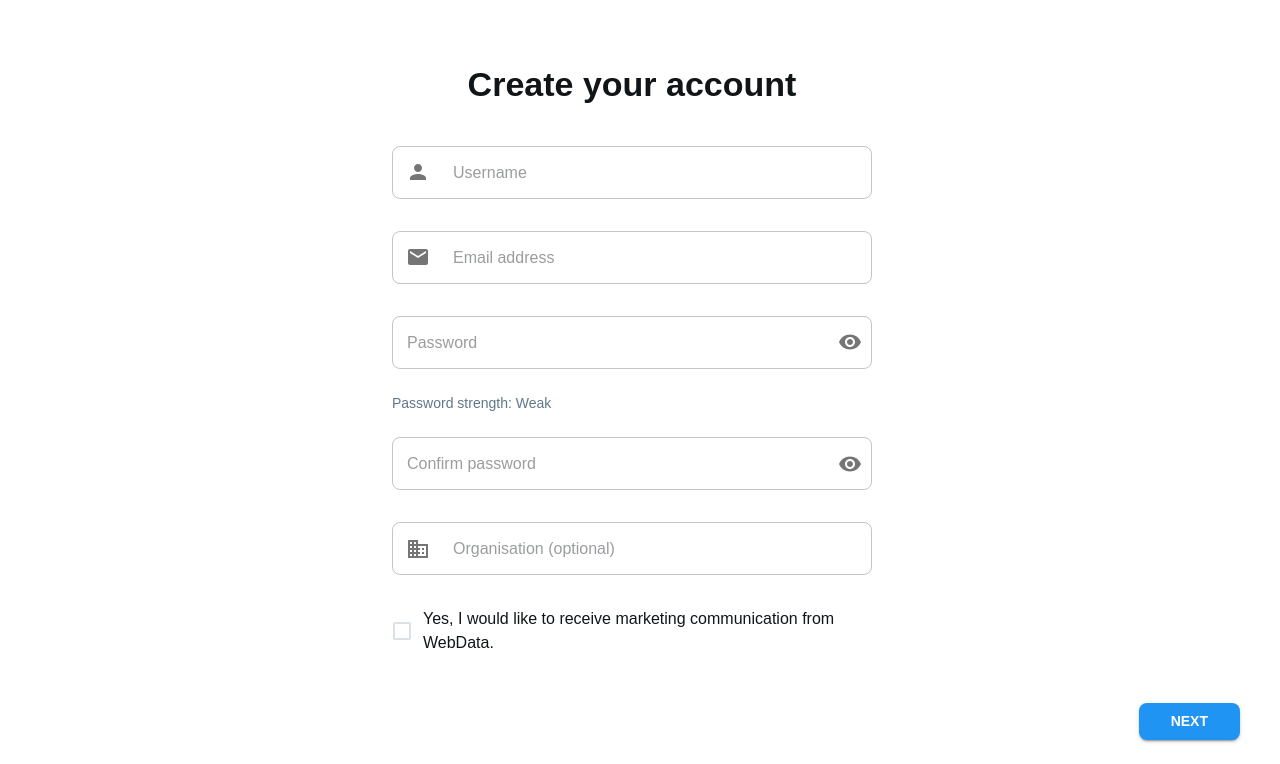
Repository: Pascal-Ahmadu/Tender-download-system
Page: /register (app in frontend/)
An editor plug-in stored every save of this project. The page is shown before and after the next save, followed by the edit.
The browser window is 1280 px wide. The pictures show the whole page.
The page's requests for data from a server got no answer. Some web fonts or font styles are not loaded; a fallback is used. The project was rebuilt for these pictures with package versions that can differ from the ones it lists, and the page was loaded fresh each time. No one was signed in, and anything a server would have sent is missing. Also part of the build but not shown: frontend/vite.config.js, frontend/src/components/pages/LoginPage.jsx.

Above is the page before, as saved 2024-07-31 07:25:34.

### frontend/index.html
<!DOCTYPE html>
<html lang="en">
  <head>
    <meta charset="UTF-8" />
    <link rel="icon" type="image/svg+xml" href="/vite.svg" />
    <link
      href="https://fonts.googleapis.com/css2?family=Bento:wght@400;700&display=swap"
      rel="stylesheet"
    />

    <meta name="viewport" content="width=device-width, initial-scale=1.0" />
    <title>Vite + React</title>
  </head>
  <body>
    <div id="root"></div>
    <script type="module" src="/src/main.jsx"></script>
  </body>
</html>

### frontend/src/main.jsx
import React from "react";
import ReactDOM from "react-dom/client";
import App from "./App.jsx";
import "./index.css";
import { AuthProvider } from "./components/contexts/AuthContext.jsx";

ReactDOM.createRoot(document.getElementById("root")).render(
  <React.StrictMode>
    <AuthProvider>
      <App />
    </AuthProvider>
  </React.StrictMode>
);

### frontend/src/App.jsx
import React from "react";
import { BrowserRouter as Router, Routes, Route } from "react-router-dom";
import LoginPage from "./components/pages/LoginPage";
import RegistrationForm from "./components/pages/RegistrationPage";
import { createTheme, ThemeProvider } from "@mui/material/styles";

// Create a theme instance
const theme = createTheme({
  typography: {
    fontFamily: "Bento, sans-serif",
  },
});

const app = () => {
  return (
    <ThemeProvider theme={theme}>
      <Router>
        <Routes>
          <Route path="/" element={<LoginPage />} />
          <Route path="/register" element={<RegistrationForm />} />
        </Routes>
      </Router>
    </ThemeProvider>
  );
};

export default app;

### frontend/src/index.css
:root {
  font-family: "Bento", sans-serif;

  line-height: 1.5;
  font-weight: 400;

  color-scheme: white;
  color: rgba(255, 255, 255, 0.87);
  background-color: white;

  font-synthesis: none;
  text-rendering: optimizeLegibility;
  -webkit-font-smoothing: antialiased;
  -moz-osx-font-smoothing: grayscale;
}

body {
  font-family: "Merriweather", serif;
}

a {
  font-weight: 500;
  color: #646cff;
  text-decoration: inherit;
}
a:hover {
  color: #535bf2;
}

h1 {
  font-size: 3.2em;
  line-height: 1.1;
}

button {
  border-radius: 8px;
  border: 1px solid transparent;
  padding: 0.6em 1.2em;
  font-size: 1em;
  font-weight: 500;
  font-family: inherit;
  background-color: #1a1a1a;
  cursor: pointer;
  transition: border-color 0.25s;
}
button:hover {
  border-color: #646cff;
}
button:focus,
button:focus-visible {
  outline: 4px auto -webkit-focus-ring-color;
}

@media (prefers-color-scheme: light) {
  :root {
    color: #213547;
    background-color: #ffffff;
  }
  a:hover {
    color: #747bff;
  }
  button {
    background-color: #f9f9f9;
  }
}

### frontend/src/components/contexts/AuthContext.jsx
import React, { createContext, useState, useEffect, useContext } from "react";
import axios from "axios";

const API_BASE_URL = "http://localhost:5000";

axios.defaults.baseURL = API_BASE_URL;

const AuthContext = createContext();

const AuthProvider = ({ children }) => {
  const [user, setUser] = useState(null);

  // Fetch user on app load
  useEffect(() => {
    const fetchUser = async () => {
      try {
        const res = await axios.get("/api/auth/current", {
          withCredentials: true,
        });
        setUser(res.data.user);
      } catch (err) {
        console.error(err.response ? err.response.data.msg : err.message);
      }
    };

    fetchUser();
  }, []);

  const register = async (email, password) => {
    try {
      await axios.post(
        "/api/auth/register",
        { email, password },
        { withCredentials: true }
      );
      // Optionally fetch user data if needed
    } catch (err) {
      throw new Error(err.response ? err.response.data.msg : err.message);
    }
  };

  const login = async (email, password) => {
    try {
      await axios.post(
        "/api/auth/login",
        { email, password },
        { withCredentials: true }
      );
      const res = await axios.get("/api/auth/current", {
        withCredentials: true,
      });
      setUser(res.data.user);
    } catch (err) {
      throw new Error(err.response ? err.response.data.msg : err.message);
    }
  };

  const logout = async () => {
    try {
      await axios.post("/api/auth/logout", {}, { withCredentials: true });
      setUser(null);
    } catch (err) {
      console.error(err.response ? err.response.data.msg : err.message);
    }
  };

  return (
    <AuthContext.Provider value={{ user, register, login, logout }}>
      {children}
    </AuthContext.Provider>
  );
};

// Custom hook to use the AuthContext
const useAuth = () => {
  const context = useContext(AuthContext);
  if (context === undefined) {
    throw new Error("useAuth must be used within an AuthProvider");
  }
  return context;
};

export { AuthProvider, useAuth };

### frontend/src/components/pages/RegistrationPage.jsx
import React, { useState } from "react";
import {
  TextField,
  Button,
  Box,
  Typography,
  Checkbox,
  FormControlLabel,
  InputAdornment,
  IconButton,
} from "@mui/material";
import {
  Visibility,
  VisibilityOff,
  Person,
  Email,
  Business,
} from "@mui/icons-material";

function SignupForm() {
  const [showPassword, setShowPassword] = useState(false);
  const [passwordStrength, setPasswordStrength] = useState(0);

  const handleClickShowPassword = () => setShowPassword(!showPassword);

  const handlePasswordChange = (event) => {
    setPasswordStrength(event.target.value.length * 10);
  };

  return (
    <Box
      sx={{
        display: "flex",
        flexDirection: "column",
        minHeight: "100vh",
        backgroundColor: "white",
        overflow: "hidden",
      }}
    >
      <Box
        sx={{
          display: "flex",
          flexDirection: "column",
          flex: 1,
          justifyContent: "center",
          alignItems: "center",
          px: 2,
          py: 4,
        }}
      >
        <Box
          sx={{
            display: "flex",
            flexDirection: "column",
            width: "100%",
            maxWidth: "480px",
            boxSizing: "border-box",
            ml: -2, // Move the form to the left
          }}
        >
          <Typography
            variant="h4"
            sx={{
              fontWeight: "bold",
              textAlign: "center",
              color: "#111518",
              py: 3,
            }}
          >
            Create your account
          </Typography>
          <TextField
            placeholder="Username"
            fullWidth
            margin="normal"
            InputProps={{
              startAdornment: (
                <InputAdornment position="start">
                  <Person />
                </InputAdornment>
              ),
            }}
            sx={{
              "& .MuiOutlinedInput-root": {
                borderRadius: 2,
                borderColor: "#dbe1e6",
              },
              "& .MuiInputBase-input": {
                color: "#111518",
                p: "15px",
                fontSize: "1rem",
              },
              mb: 2,
            }}
          />
          <TextField
            placeholder="Email address"
            fullWidth
            margin="normal"
            InputProps={{
              startAdornment: (
                <InputAdornment position="start">
                  <Email />
                </InputAdornment>
              ),
            }}
            sx={{
              "& .MuiOutlinedInput-root": {
                borderRadius: 2,
                borderColor: "#dbe1e6",
              },
              "& .MuiInputBase-input": {
                color: "#111518",
                p: "15px",
                fontSize: "1rem",
              },
              mb: 2,
            }}
          />
          <TextField
            placeholder="Password"
            fullWidth
            type={showPassword ? "text" : "password"}
            onChange={handlePasswordChange}
            margin="normal"
            InputProps={{
              endAdornment: (
                <InputAdornment position="end">
                  <IconButton onClick={handleClickShowPassword} edge="end">
                    {showPassword ? <VisibilityOff /> : <Visibility />}
                  </IconButton>
                </InputAdornment>
              ),
            }}
            sx={{
              "& .MuiOutlinedInput-root": {
                borderRadius: 2,
                borderColor: "#dbe1e6",
              },
              "& .MuiInputBase-input": {
                color: "#111518",
                p: "15px",
                fontSize: "1rem",
              },
              mb: 2,
            }}
          />
          <Typography variant="body2" sx={{ color: "#60778a", py: 1 }}>
            Password strength:{" "}
            {passwordStrength <= 33
              ? "Weak"
              : passwordStrength <= 66
              ? "Medium"
              : "Strong"}
          </Typography>
          <TextField
            placeholder="Confirm password"
            fullWidth
            type={showPassword ? "text" : "password"}
            margin="normal"
            InputProps={{
              endAdornment: (
                <InputAdornment position="end">
                  <IconButton onClick={handleClickShowPassword} edge="end">
                    {showPassword ? <VisibilityOff /> : <Visibility />}
                  </IconButton>
                </InputAdornment>
              ),
            }}
            sx={{
              "& .MuiOutlinedInput-root": {
                borderRadius: 2,
                borderColor: "#dbe1e6",
              },
              "& .MuiInputBase-input": {
                color: "#111518",
                p: "15px",
                fontSize: "1rem",
              },
              mb: 2,
            }}
          />
          <TextField
            placeholder="Organisation (optional)"
            fullWidth
            margin="normal"
            InputProps={{
              startAdornment: (
                <InputAdornment position="start">
                  <Business />
                </InputAdornment>
              ),
            }}
            sx={{
              "& .MuiOutlinedInput-root": {
                borderRadius: 2,
                borderColor: "#dbe1e6",
              },
              "& .MuiInputBase-input": {
                color: "#111518",
                p: "15px",
                fontSize: "1rem",
              },
              mb: 2,
            }}
          />
          <FormControlLabel
            control={
              <Checkbox
                sx={{
                  color: "#dbe1e6",
                  "&.Mui-checked": {
                    color: "#2094f3",
                  },
                }}
              />
            }
            label="Yes, I would like to receive marketing communication from WebData."
            sx={{ color: "#111518", mt: 2 }}
          />
        </Box>
      </Box>
      <Box
        component="footer"
        sx={{
          display: "flex",
          justifyContent: "flex-end",
          px: 4,
          py: 2,
        }}
      >
        <Button
          variant="contained"
          sx={{
            minWidth: "84px",
            bgcolor: "#2094f3",
            color: "white",
            fontWeight: "bold",
            borderRadius: 2,
            px: 4,
            "&:hover": {
              bgcolor: "#1976d2",
            },
          }}
        >
          Next
        </Button>
      </Box>
    </Box>
  );
}

export default SignupForm;

After the next save:
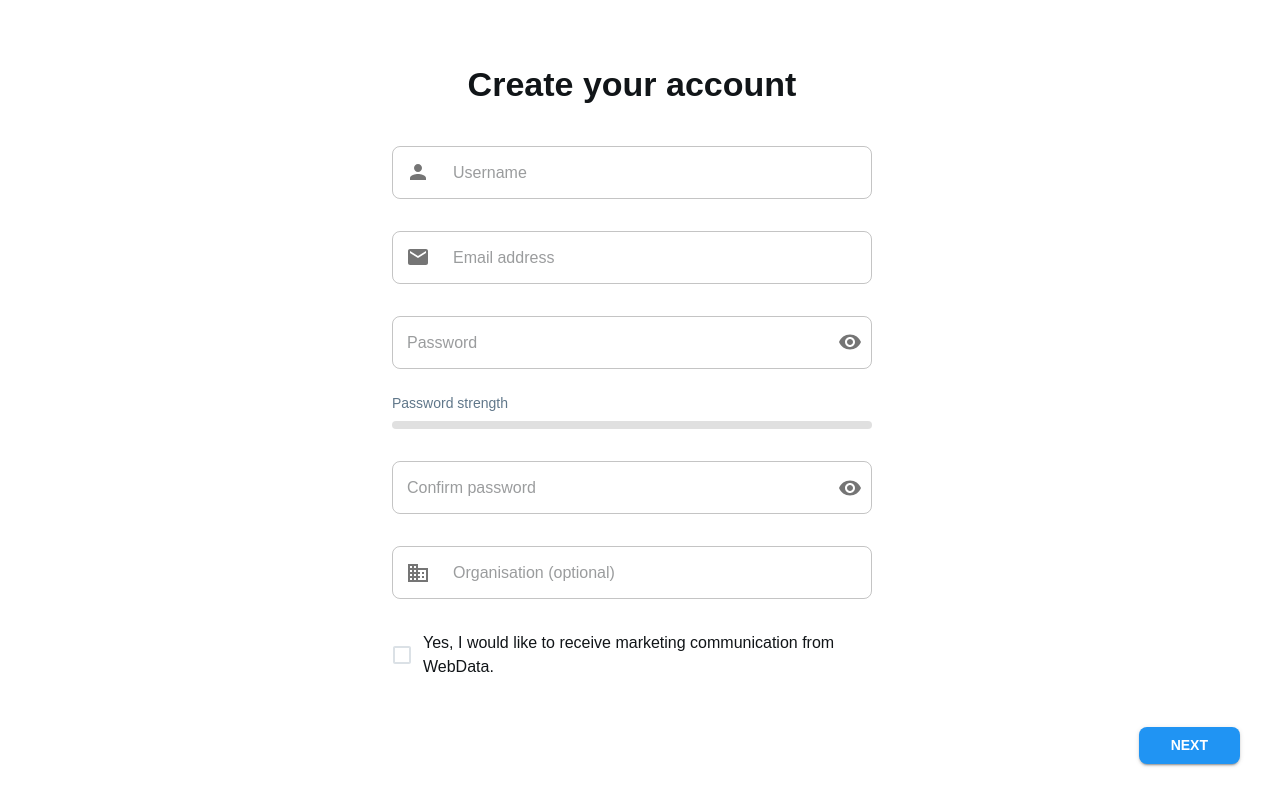
Saved 5 min 8 s later.
--- a/frontend/src/components/pages/RegistrationPage.jsx
+++ b/frontend/src/components/pages/RegistrationPage.jsx
@@ -8,6 +8,7 @@ import {
   FormControlLabel,
   InputAdornment,
   IconButton,
+  LinearProgress,
 } from "@mui/material";
 import {
   Visibility,
@@ -25,6 +26,13 @@ function SignupForm() {
 
   const handlePasswordChange = (event) => {
     setPasswordStrength(event.target.value.length * 10);
+  };
+
+  // Determine the strength bar color based on the password strength
+  const getStrengthColor = () => {
+    if (passwordStrength <= 33) return "#f44336"; // Red for weak
+    if (passwordStrength <= 66) return "#ff9800"; // Orange for medium
+    return "#4caf50"; // Green for strong
   };
 
   return (
@@ -145,14 +153,25 @@ function SignupForm() {
               mb: 2,
             }}
           />
-          <Typography variant="body2" sx={{ color: "#60778a", py: 1 }}>
-            Password strength:{" "}
-            {passwordStrength <= 33
-              ? "Weak"
-              : passwordStrength <= 66
-              ? "Medium"
-              : "Strong"}
-          </Typography>
+          {/* Password Strength Bar */}
+          <Box sx={{ mb: 2 }}>
+            <Typography variant="body2" sx={{ color: "#60778a", py: 1 }}>
+              Password strength
+            </Typography>
+            <LinearProgress
+              variant="determinate"
+              value={passwordStrength}
+              sx={{
+                height: 8,
+                borderRadius: 2,
+                backgroundColor: "#e0e0e0",
+                "& .MuiLinearProgress-bar": {
+                  borderRadius: 2,
+                  backgroundColor: getStrengthColor(),
+                },
+              }}
+            />
+          </Box>
           <TextField
             placeholder="Confirm password"
             fullWidth
